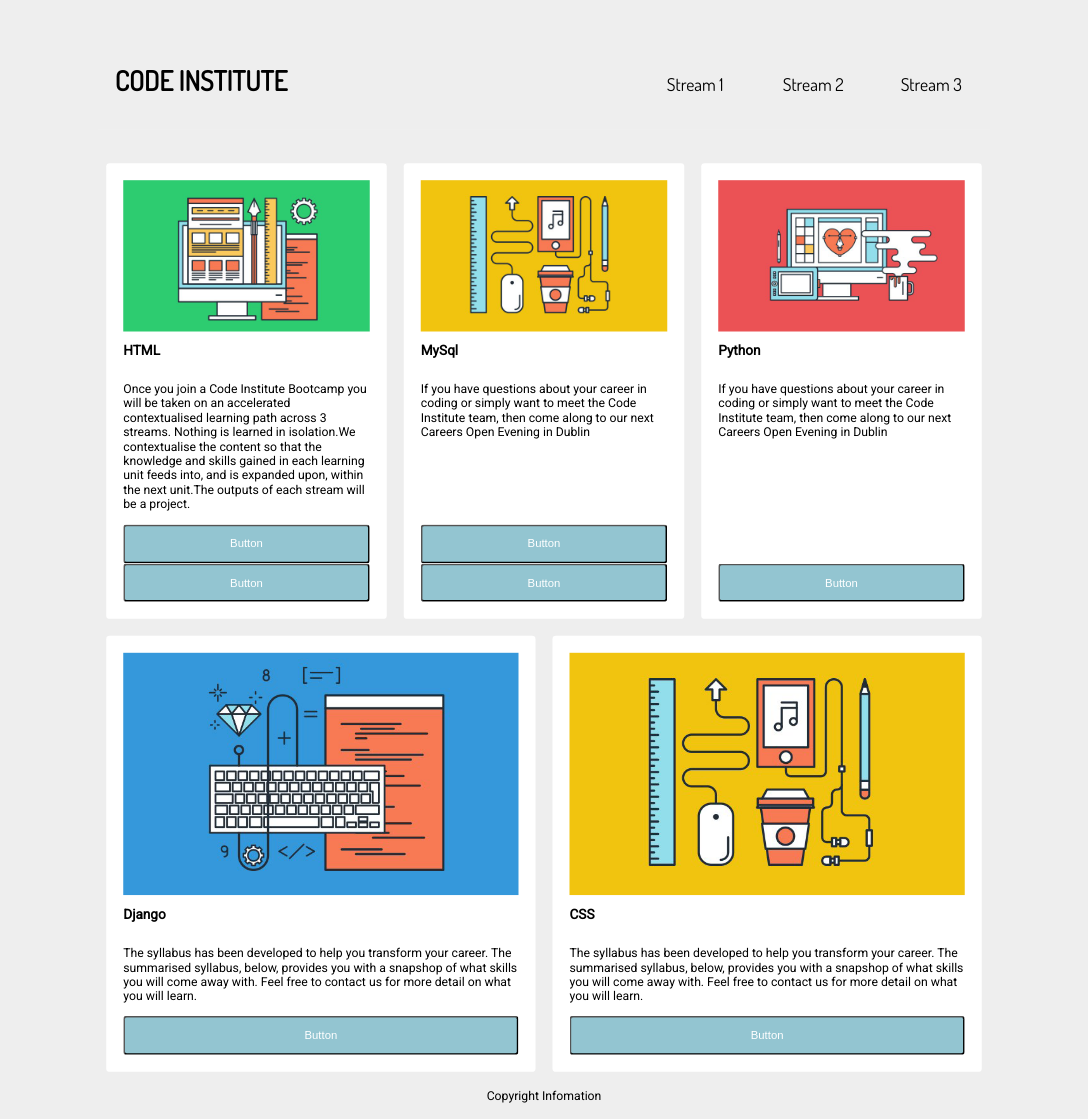
Repository: SOliv1/jquery-events
Page: index.html
The author's editor kept a record of every edit. The page is drawn from the files as they stood at one moment, then again after the next edit.
The browser window is 1280 px wide. The pictures show the whole page, at 85% of full size.
Some web libraries are served in a nearby version.

Above is the page before.

After the next edit:
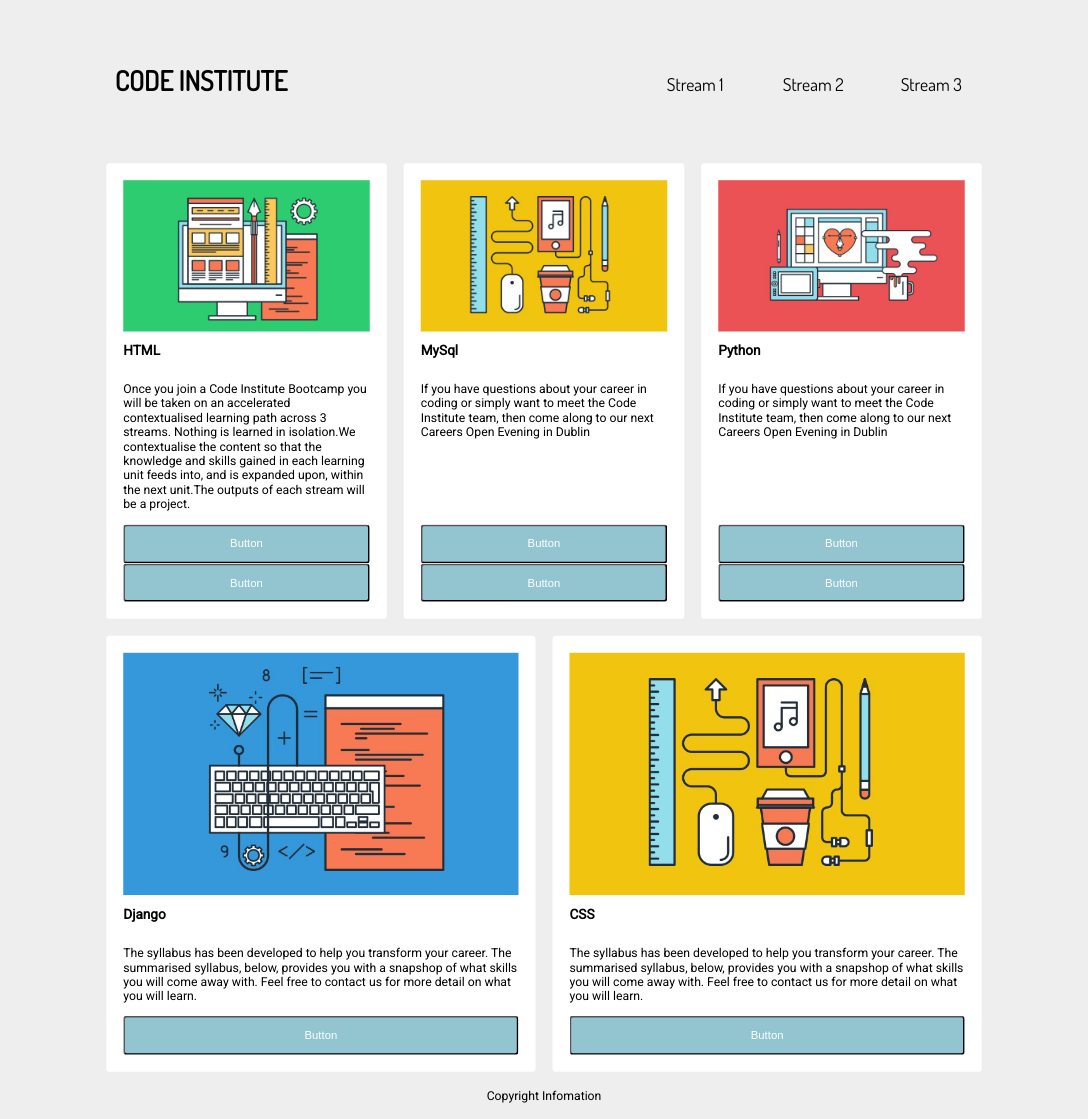
The edit:
--- a/index.html
+++ b/index.html
@@ -40,6 +40,7 @@
             <h2 class="card_head">Python</h2>
             <p class="card_para">If you have questions about your career in coding or simply want to meet the Code Institute team, then come along to our next Careers Open Evening in Dublin</p>
             <button class="bottom_button">Button</>
+            <button id="button_effects3" class="bottom_button">Button</button>
         </div>
         <div class="card stream3">
             <img class="card_image" src="img/4.png" alt="coding icon">
